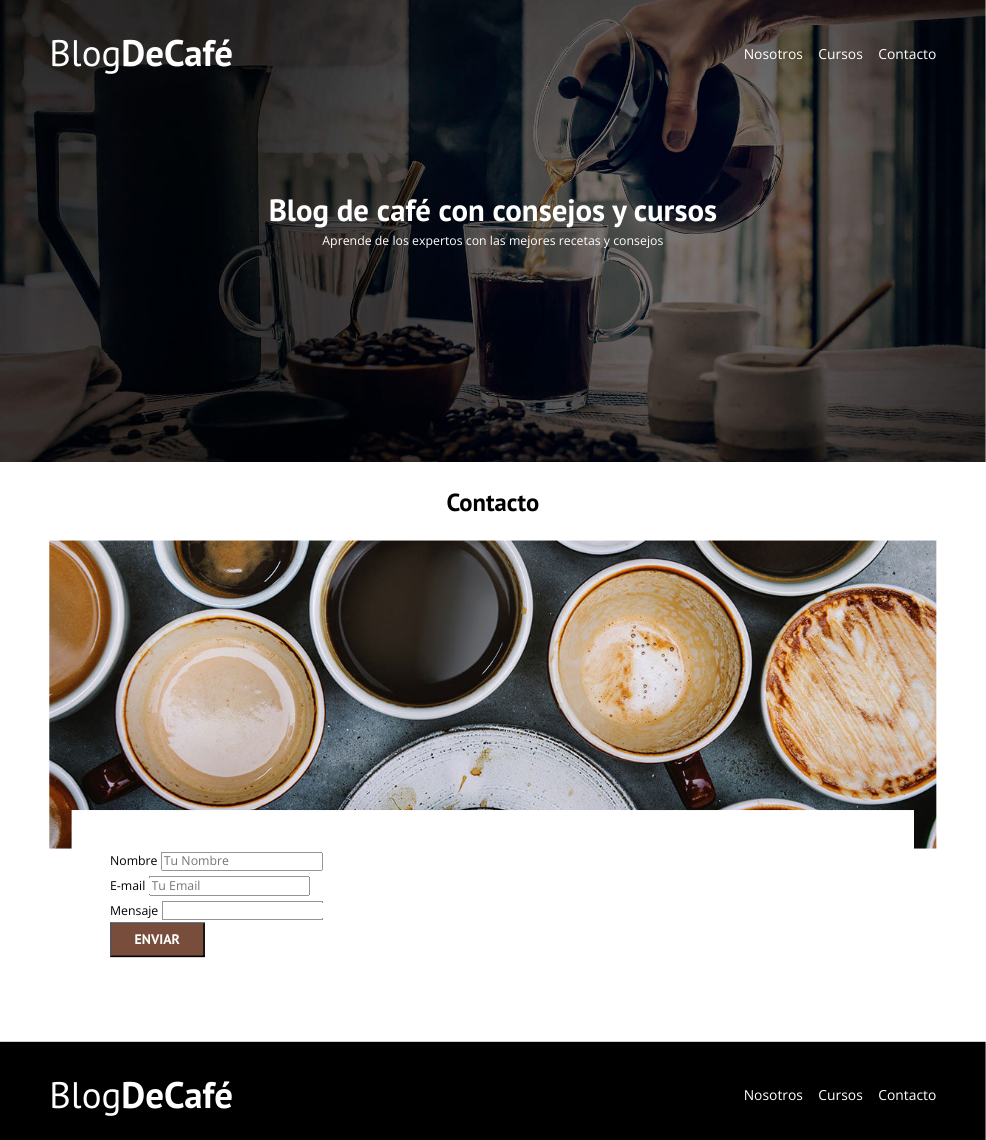
Repository: araque1990/blog_de_cafe
Page: contacto.html
An editor plug-in stored every save of this project. The page is shown before and after the next save, followed by the edit.
The browser window is 1280 px wide. The pictures show the whole page, at 77% of full size.

Above is the page before, as saved 2023-01-12 19:24:49.

### contacto.html
<!DOCTYPE html>
<html lang="es">
<head>
  <meta charset="UTF-8">
  <meta http-equiv="X-UA-Compatible" content="IE=edge">
  <meta name="viewport" content="width=device-width, initial-scale=1.0">
  <title>Blog de Café</title>
  <link rel="stylesheet" href="css/normalize.css">
  <link rel="preconnect" href="https://fonts.googleapis.com"><link rel="preconnect" href="https://fonts.gstatic.com" crossorigin><link href="https://fonts.googleapis.com/css2?family=Open+Sans&family=PT+Sans:wght@400;700&display=swap" rel="stylesheet">
  <link rel="stylesheet" href="css/styles.css">
</head>
<body>

  <header class="header">
    <div class="contenedor">
      <div class="barra">
        <a class="logo" href="index.html">
          <h1 class="logo__nombre no-margin centrar-texto">Blog<span class="logo__bold">DeCafé</span></h1>
        </a>

        <nav class="navegacion">
          <a href="nosotros.html" class="navegacion__enlace">Nosotros</a>
          <a href="cursos.html" class="navegacion__enlace">Cursos</a>
          <a href="contacto.html" class="navegacion__enlace">Contacto</a>
        </nav>
      </div>
    </div>
    <div class="header__texto">
      <h2 class="no-margin">Blog de café con consejos y cursos</h2>
      <p class="no-margin">Aprende de los expertos con las mejores recetas y consejos</p>
    </div>
  </header>

  <main class="contenedor">
    <h3 class="centrar-texto">Contacto</h3>

    <div class="contacto-bg"></div>

    <form class="formulario">
      <div class="campo">
        <label class="campo__label" for="nombre">Nombre</label>
        <input class="campo__field" type="text" id="nombre" placeholder="Tu Nombre" required>
      </div>

      <div class="campo">
        <label class="campo__label" for="correo">E-mail</label>
        <input class="campo__field" type="email" id="correo" placeholder="Tu Email" required>
      </div>

      <div class="campo">
        <label class="campo__label" for="mensaje">Mensaje</label>
        <input class="campo__field" type="textarea" id="mensaje">
      </div>

      <div class="campo">
        <input type="submit" value="Enviar" class="boton boton--secundario">
      </div>
    </form>

  </main>

  <footer class="footer">
    <div class="contenedor">
      <div class="barra">
        <a class="logo" href="index.html">
          <h1 class="logo__nombre no-margin centrar-texto">Blog<span class="logo__bold">DeCafé</span></h1>
        </a>

        <nav class="navegacion">
          <a href="nosotros.html" class="navegacion__enlace">Nosotros</a>
          <a href="cursos.html" class="navegacion__enlace">Cursos</a>
          <a href="contacto.html" class="navegacion__enlace">Contacto</a>
        </nav>
      </div>
    </div>
  </footer>
</body>
</html>

### css/styles.css
:root {
  --fuenteHeading: 'PT Sans', sans-serif;
  --fuenteParrafos: 'Open Sans', sans-serif;

  --secundario: #784D3C;
  --gris: #E1E1E1;
  --blanco: #FFF;
  --negro: #000;
}
html {
  box-sizing: border-box;
  font-size: 62.5%;
}
*, *:before, *:after {
  box-sizing: inherit;
}
body {
  font-family: var(--fuenteParrafos);
  font-size: 1.6rem;
  line-height: 2;
}

/* Globales */
.contenedor {
  max-width: 120rem;
  width: 90%;
  /* width: min(90%, 120rem); //ESTO ES LO MISMO QUE LOS DOS ATRIBUTOS DE ARRIBA */
  margin: 0 auto;
}
a {
  text-decoration: none;
}
h1, h2, h3, h4 {
  font-family: var(--fuenteHeading);
  line-height: 1.2;
}
h1 {
  font-size: 4.8rem;
}
h2 {
  font-size: 4rem;
}
h3 {
  font-size: 3.2rem;
}
h4 {
  font-size: 2.8rem;
}
img {
  max-width: 100%;
}

/* Utilidades */
.no-margin {
  margin: 0;
}
.no-padding {
  padding: 0;
}
.centrar-texto {
  text-align: center;
}

/* Header */
.header {
  background-image: url(../img/banner.jpg);
  height: 60rem;
  background-size: cover;
  background-repeat: no-repeat;
  background-position: center center;
}
.header__texto {
  text-align: center;
  color: var(--blanco);
  margin-top: 5rem;
}

@media (min-width: 768px) {
  .header__texto {
    margin-top: 15rem;
  }
}

@media (min-width: 768px) {
  .barra {
    display: flex;
    justify-content: space-between;
    align-items: center;
  }
}
.barra {
  padding-top: 4rem;
}
.logo {
  color: var(--blanco);
}
.logo__nombre {
  font-weight: 400;
}
.logo__bold {
  font-weight: 700;
}

@media (min-width: 768px) {
  .navegacion {
    display: flex;
    gap: 2rem;
  }
}
.navegacion__enlace {
  display: block;
  text-align: center;
  font-size: 1.8rem;
  color: var(--blanco);
}

@media (min-width: 768px) {
  .contenido-principal {
    display: grid;
    grid-template-columns: 2fr 1fr;
    column-gap: 4rem;
  }
}

.entrada {
  border-bottom: 1px solid var(--gris);
  margin-bottom: 2rem;
}
.entrada:last-of-type {
  border: none;
  margin-bottom: 0;
}
.boton {
  display: block;
  font-family: var(--fuenteHeading);
  color: var(--blanco);
  text-align: center;
  padding: 1rem 3rem;
  font-size: 1.8rem;
  text-transform: uppercase;
  font-weight: 700;
  margin-bottom: 2rem;
}
@media (min-width: 768px) {
  .boton {
    display: inline-block;
    cursor: pointer;
  }
}
.boton--primario {
  background-color: var(--negro);
}
.boton--secundario {
  background-color: var(--secundario);
}

.cursos {
  list-style: none;
}

.widget-curso {
  border-bottom: 1px solid var(--gris);
  margin-bottom: 2rem;
}
.widget-curso:last-of-type {
  border: none;
  margin-bottom: 0;
}
.widget-curso__label {
  font-family: var(--fuenteHeading);
  font-weight: 700;
}
.widget-curso__info {
  font-weight: 400;
}
.widget-curso__info, .widget-curso__label {
  font-size: 2rem;
}

.footer {
  background-color: var(--negro);
  padding-bottom: 3rem;
  margin-top: 4rem;
}

/* Sobre Nosotros */
@media (min-width: 768px) {
  .sobre-nosotros {
    display: grid;
    grid-template-columns: repeat(2, 1fr);
    column-gap: 2rem;
  }
}

.curso {
  padding: 3rem 0;
  border-bottom: 1px solid var(--gris);
}
@media (min-width: 768px) {
  .curso{
    display: grid;
    grid-template-columns: 1fr 2fr;
    column-gap: 2rem;
  }
}
.curso:last-of-type {
  border: none;
}

/* NOTA: podemos simplemente añadir estas clases a los estilos de widget correspodientes para evitar duplicidades. */
.curso__label {
  font-family: var(--fuenteHeading);
  font-weight: 700;
}
.curso__info {
  font-weight: 400;
}
.curso__info, .curso__label {
  font-size: 2rem;
}

/* Contacto */
.contacto-bg {
  background-image: url(../img/contacto.jpg);
  height: 40rem;
  background-size: cover;
  background-repeat: no-repeat;
}
.formulario {
  background-color: var(--blanco);
  margin: -5rem auto 0 auto;
  width: 95%;
  padding: 5rem;

}
.campo{

}
.campo__label{

}
.campo__field {

}

.campo__field--textarea

Loaded but not shown: css/normalize.css (library)

After the next save:
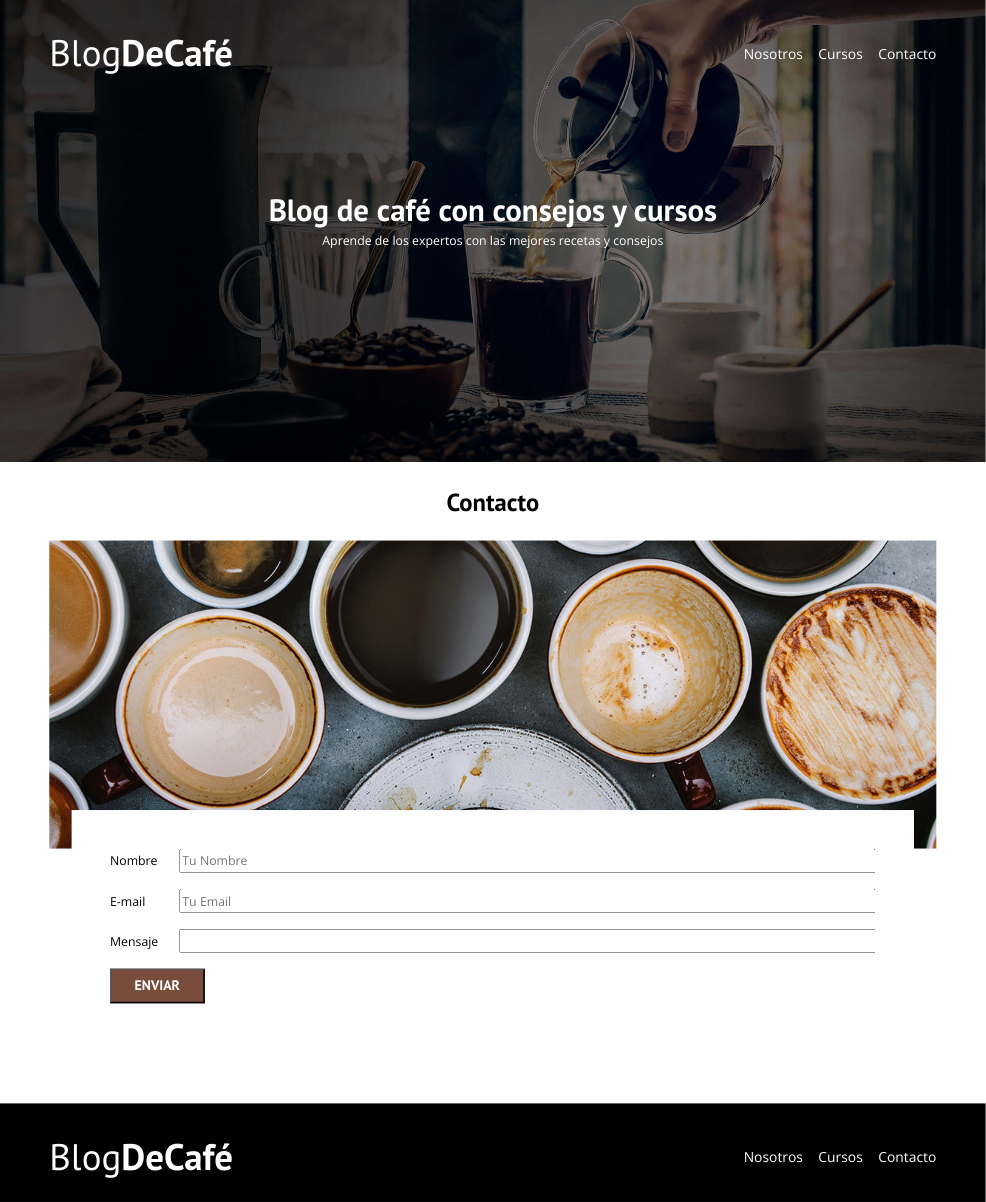
Saved 2 min 53 s later.
--- a/css/styles.css
+++ b/css/styles.css
@@ -231,16 +231,19 @@ img {
   margin: -5rem auto 0 auto;
   width: 95%;
   padding: 5rem;
-
 }
 .campo{
+  display: flex;
+  margin-bottom: 2rem;
 
 }
 .campo__label{
-
+  flex: 0 0 9rem;
 }
 .campo__field {
-
-}
-
-.campo__field--textarea
+  flex: 1;
+}
+
+.campo__field--textarea{
+
+}
